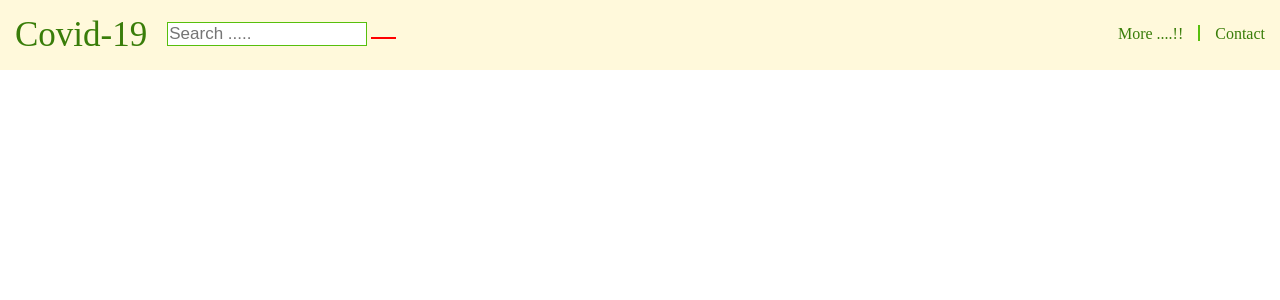
Repository: thuongton98/Covid
Page: html-css-js/index.html
An editor plug-in stored every save of this project. The page is shown before and after the next save, followed by the edit.
The browser window is 1280 px wide. The pictures show the whole page.

Above is the page before, as saved 2021-07-01 09:17:23.

After the next save:
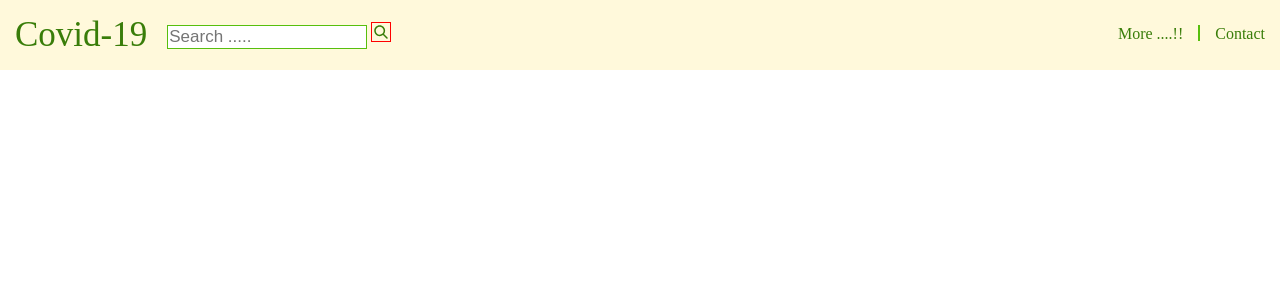
Saved 10 s later.
--- a/html-css-js/styles.css
+++ b/html-css-js/styles.css
@@ -80,8 +80,8 @@ nav .icon .icon-search input{
 nav .icon .icon-search svg{
     fill: #397d09;
     cursor: pointer;
-    width: 25px;
-    height: 2px;
+    width: 20px;
+    height: 20px;
     position: relative;
     border: 1px solid red;
 }
